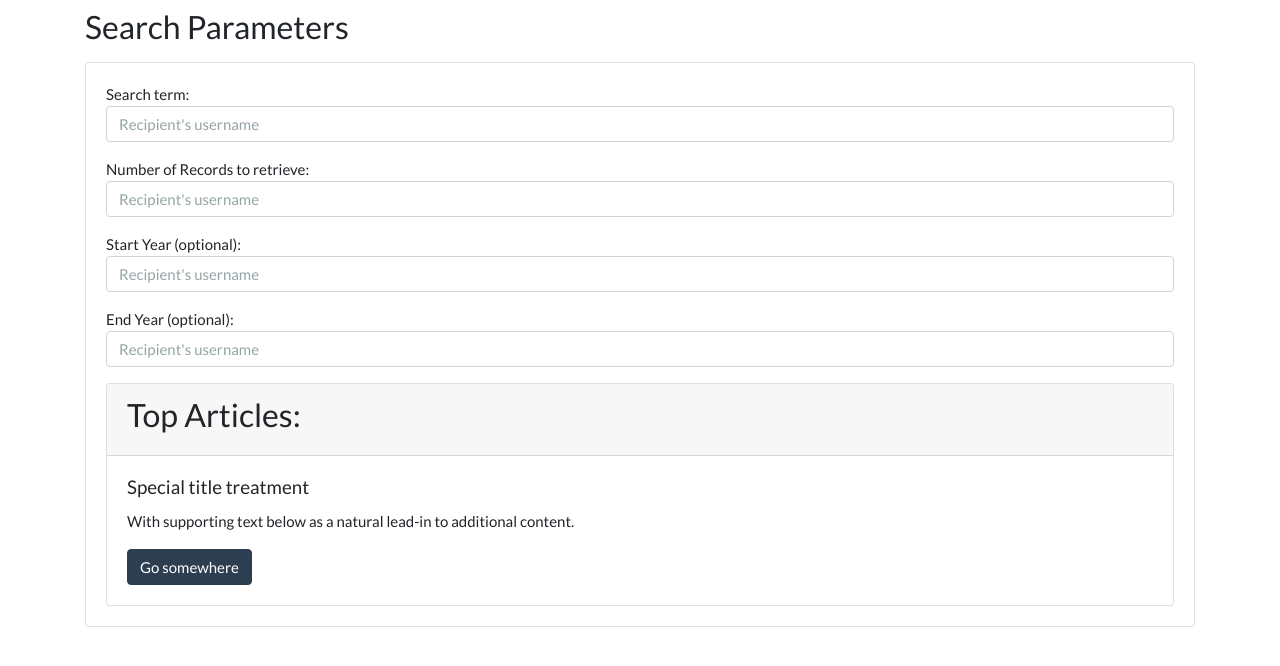
Repository: broganneagle/NYTSearch
Page: index.html
An editor plug-in stored every save of this project. The page is shown before and after the next save, followed by the edit.
The browser window is 1280 px wide. The pictures show the whole page.
Some web libraries are served in a nearby version.

Above is the page before, as saved 2020-06-26 13:50:48.

After the next save:
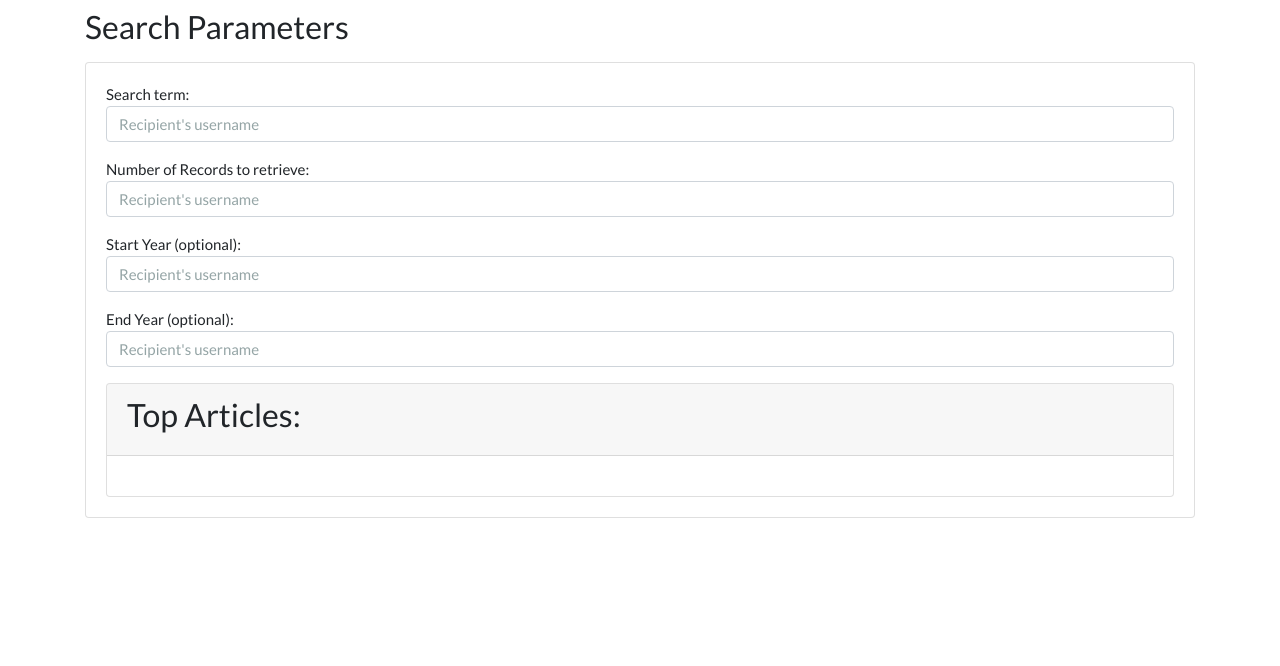
Saved 24 s later.
--- a/index.html
+++ b/index.html
@@ -44,9 +44,6 @@
                           <h3>Top Articles:</h3>
                         </div>
                         <div class="card-body">
-                          <h5 class="card-title">Special title treatment</h5>
-                          <p class="card-text">With supporting text below as a natural lead-in to additional content.</p>
-                          <a href="#" class="btn btn-primary">Go somewhere</a>
                         </div>
                       </div>
                 </div>
